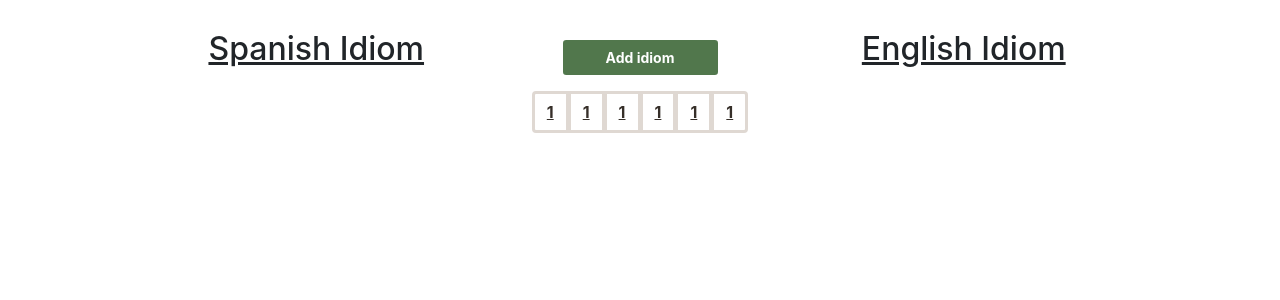
Repository: JK27/idioms-english-spanish
Page: http://localhost/
The author's editor kept a record of every edit. The page is drawn from the files as they stood at one moment, then again after the next edit.
The browser window is 1280 px wide. The pictures show the whole page.
Some web libraries are served in a nearby version. The page is served by the project's application, run on Flask 3 (idioms.py). Queries for data that is not in the repository find no rows.

Above is the page before.

### templates/idioms.html
{% extends "base.html" %} {% block content %}

<!------------------------------------------------------------------ Header row-->
<div class="row header-row">
    <div class="col-d-none col-md-5 header-item">
        <h2>Spanish Idiom</h2>
    </div>
    <div class="col-d-none col-md-2 header-item">
        <a class="btn btn-success btn-sm" id="add-button" href="{{url_for('add_idiom')}}" role="button"><strong>Add idiom </strong></a>
    </div>
    <div class="col-d-none col-md-5 header-item">
        <h2>English Idiom</h2>
    </div>
</div>
{% for idiom in idioms %}

<div class="row">
    <!----------------------------------------------------------------------------- Spanish idiom card-->

    <div class="col d-md-none mobile-card">
        <h4>Spanish Idiom</h4>
    </div>
    <div class="card col-12 col-md-5" id="idiom-card">
        <div class="card-body">
            <h5 class="card-title"><em>"{{idiom.spanish_idiom}}"</em></h5>
            <p class="card-text"> {{idiom.english_literal}}</p>
            <p class="card-text">{{idiom.english_meaning}}</p>
        </div>
    </div>
    <!------------------------------------------------------------------------------ Middle column-->
    <div class="card middle-column col-12 col-md-2">
        <h5 class="card-title d-none d-md-block"><em>Equivalent idiom</em></h5>
        <p class="card-text d-none d-md-block">Literal translation</p>
        <p class="card-text d-none d-md-block">Meaning</p>
        <a class="btn btn-success btn-sm middle-button d-md-none" id="add-button" href="{{url_for('add_idiom')}}" role="button"><strong>Add idiom </strong></a>

        <a class="btn btn-primary btn-sm middle-button" id="edit-button" href="{{url_for('edit_idiom', idiom_id=idiom._id)}}" role="button"><strong>Edit this idiom </strong></a>
        <a class="btn btn-danger btn-sm middle-button" id="delete-button" data-toggle="modal" href="#deletion-modal{{ idiom._id }}" role="button"><strong>Delete this idiom </strong></a>

        <!-------------------------------------------------------------------------- Deletion modal-->

        <div class="modal" tabindex="-1" role="dialog" id="deletion-modal{{ idiom._id }}">
            <div class="modal-dialog" role="document">
                <div class="modal-content">
                    <div class="modal-header">
                        <h5 class="modal-title">Para el carro! - Hold your horses!</h5>
                        <button type="button" class="close" data-dismiss="modal" aria-label="Close">
          <span aria-hidden="true">&times;</span>
        </button>
                    </div>
                    <div class="modal-body">
                        <h6>Are you sure you want to delete this idiom?</h6>
                        <h5><em>"{{idiom.spanish_idiom}}"</em></h5>
                    </div>
                    <div class="modal-footer">
                        <button class="btn btn-secondary  btn-sm middle-button" id="cancel-button" data-dismiss="modal"><strong>Cancel </strong>
                        </button>
                        <a class="btn btn-danger btn-sm middle-button" id="delete-button" href="{{url_for('delete_idiom', idiom_id=idiom._id)}}" role="button"><strong>Delete this idiom </strong></a>
                    </div>
                </div>
            </div>
        </div>
    </div>

    <!----------------------------------------------------------------------------- English idiom card-->

    <div class="col d-md-none mobile-card">
        <h4>English Idiom</h4>
    </div>
    <div class="card col-12 col-md-5" id="idiom-card">
        <div class="card-body">
            <h5 class="card-title"><em>"{{idiom.english_idiom}}"</em></h5>
            <p class="card-text">{{idiom.spanish_literal}}</p>
            <p class="card-text">{{idiom.spanish_meaning}}</p>
        </div>
    </div>

    <hr class="block-divider block-divider--long">

</div>

{% endfor %}

<div class="row">
    <div class="col">
        <nav aria-label="Page navigation">
            <ul class="pagination justify-content-center">
                <li class="page-item"><a class="page-link" href="{{url_for('get_idioms')}}"><strong>1</strong></a></li>
                <li class="page-item"><a class="page-link" href="{{url_for('get_idioms')}}"><strong>1</strong></a></li>
                <li class="page-item"><a class="page-link" href="{{url_for('get_idioms')}}"><strong>1</strong></a></li>
                <li class="page-item"><a class="page-link" href="{{url_for('get_idioms')}}"><strong>1</strong></a></li>
                <li class="page-item"><a class="page-link" href="{{url_for('get_idioms')}}"><strong>1</strong></a></li>
                <li class="page-item"><a class="page-link" href="{{url_for('get_idioms')}}"><strong>1</strong></a></li>
            </ul>
        </nav>
    </div>
</div>


{% endblock %}

### templates/base.html
<!DOCTYPE html>
<html lang="en">

<head>
    <meta charset="UTF-8">
    <meta name="viewport" content="width=device-width, initial-scale=1.0">
    <meta http-equiv="X-UA-Compatible" content="ie=edge">

    <link href="https://stackpath.bootstrapcdn.com/bootstrap/4.3.1/css/bootstrap.min.css" rel="stylesheet" integrity="sha384-ggOyR0iXCbMQv3Xipma34MD+dH/1fQ784/j6cY/iJTQUOhcWr7x9JvoRxT2MZw1T" crossorigin="anonymous">
    <link rel="stylesheet" href="{{url_for('static', filename='css/style.css')}}" type="text/css" />



    <title>Idioms English - Spanish</title>
</head>

<body>
    <div class="container">
        {% block content %} {% endblock %}
    </div>

    <script src="https://cdnjs.cloudflare.com/ajax/libs/jquery/3.4.1/jquery.min.js" integrity="sha256-CSXorXvZcTkaix6Yvo6HppcZGetbYMGWSFlBw8HfCJo=" crossorigin="anonymous"></script>
    <script src="https://stackpath.bootstrapcdn.com/bootstrap/4.3.1/js/bootstrap.min.js" integrity="sha384-JjSmVgyd0p3pXB1rRibZUAYoIIy6OrQ6VrjIEaFf/nJGzIxFDsf4x0xIM+B07jRM" crossorigin="anonymous"></script>
    <script src="https://kit.fontawesome.com/5d6ba07855.js"></script>

</body>

</html>

### idioms.py
import os
from flask import Flask, render_template, redirect, request, url_for
from flask_pymongo import PyMongo
from bson.objectid import ObjectId

app = Flask(__name__)

app.config["MONGO_DBNAME"] = "idioms-and-proverbs"
app.config["MONGO_URI"] = "mongodb+srv://jk27:07diciembre18@cluster0-9pga0.mongodb.net/idioms-and-proverbs?retryWrites=true&w=majority"

mongo = PyMongo(app)

@app.route("/")
@app.route("/get_idioms")
def get_idioms():

    pageSize = 10
    pageNum = 1

    return render_template("idioms.html", idioms=mongo.db.idioms.find().skip(pageSize*(pageNum-1)).limit(pageSize).sort("_id", -1))

@app.route("/page_two")
def page_two():

    pageSize = 10
    pageNum = 2

    return render_template("idioms.html", idioms=mongo.db.idioms.find().skip(pageSize*(pageNum-1)).limit(pageSize).sort("_id", -1))

@app.route("/page_three")
def page_three():

    pageSize = 10
    pageNum = 3

    return render_template("idioms.html", idioms=mongo.db.idioms.find().skip(pageSize*(pageNum-1)).limit(pageSize).sort("_id", -1))

@app.route("/page_four")
def page_four():

    pageSize = 10
    pageNum = 4

    return render_template("idioms.html", idioms=mongo.db.idioms.find().skip(pageSize*(pageNum-1)).limit(pageSize).sort("_id", -1))

@app.route("/page_five")
def page_five():

    pageSize = 10
    pageNum = 5

    return render_template("idioms.html", idioms=mongo.db.idioms.find().skip(pageSize*(pageNum-1)).limit(pageSize).sort("_id", -1))

@app.route("/page_six")
def page_six():

    pageSize = 10
    pageNum = 6

    return render_template("idioms.html", idioms=mongo.db.idioms.find().skip(pageSize*(pageNum-1)).limit(pageSize).sort("_id", -1))




# ---------------------------------------------------------------------     Functions to add idioms -- #
@app.route("/add_idiom")
def add_idiom():
    return render_template("addidiom.html")

@app.route("/insert_idiom", methods=["POST"])                           #-- Data from form in addidiom.html is posted using this function...
def insert_idiom():
    idioms = mongo.db.idioms                                            #-- ... data is inserted to the idioms database...
    idioms.insert_one(request.form.to_dict())                           #-- ... inserting one item to the dictionary...
    return redirect(url_for("get_idioms"))                              #-- ... and then redirecting to /get_idioms

# ---------------------------------------------------------------------     Functions to edit idioms -- #
@app.route("/edit_idiom/ <idiom_id>")
def edit_idiom(idiom_id):                                               #-- Use idiom_id to target the idiom that want to edit
    the_idiom = mongo.db.idioms.find_one({"_id":ObjectId(idiom_id)})    #-- Retrieve the idiom from the idioms database, using its id to find it...
    return render_template("editidiom.html", idiom=the_idiom)           #-- ... and then redirecting to /editidiom.html

@app.route("/update_idiom/<idiom_id>", methods=["POST"])                #-- Data from form in editidiom.html is posted using this function...
def update_idiom(idiom_id):
    idioms = mongo.db.idioms                                            #-- ... data is updated in the idioms database...
    idioms.update({"_id":ObjectId(idiom_id)},                           #-- ... updating the item with a specific id...
    {
        "spanish_idiom": request.form.get("spanish_idiom"),             #-- ... each field for that item will be updated taking the input from...
        "english_literal": request.form.get("english_literal"),         #-- ... the corresponding field on the form
        "english_meaning": request.form.get("english_meaning"),
        "english_idiom": request.form.get("english_idiom"),
        "spanish_literal": request.form.get("spanish_literal"),
        "spanish_meaning": request.form.get("spanish_meaning")
    })
    return redirect(url_for("get_idioms"))

# -------------------------------------------------------------------- Function to delete idioms -- #
@app.route("/delete_idiom/<idiom_id>")
def delete_idiom(idiom_id):
    mongo.db.idioms.remove({"_id": ObjectId(idiom_id)})
    return redirect(url_for("get_idioms"))





if __name__ == "__main__":
    app.run(host=os.environ.get("IP"),
            port=int(os.environ.get("PORT")),
            debug=True)

### static/css/style.css
/*----------------------------------------------------------------- Header row */

h2 {
    text-align: center;
    text-decoration: underline;
}

.header-row {
    margin-top: 30px;
    margin-bottom: 15px;
}

.row {
    margin-right: 0px;
    margin-left: 0px;
}

#add-button {
    width: 100%;
    margin-top: 10px;
    background-color: #51774c;
    border-color: #51774c;
    border-width: medium;
}

#add-button:hover,
#add-button:active,
#add-button:focus,
#add-button:active:focus {
    color: #51774c;
    text-decoration: none;
    background-color: #ffffff;
    border-color: #51774c;
}

/*--------------------------------------------------------------------- Cards */

.card {
    margin-bottom: 15px;
}

#idiom-card {
    background-color: #ffcc9926;
    border-width: medium;
}

.mobile-card {
    text-decoration: underline;
    text-align: center;
}

/*--------------------------------------------------------------- Middle column */

.middle-column {
    border: 0;
    padding-top: 20px;
    text-align: center;
}

/* ------------------------------------------------------------------- Buttons */

.middle-button {
    margin-bottom: 5px;
}

.btn-block {
    margin-right: 15px;
    margin-left: 15px;
}

#edit-button {
    background-color: #3e0867;
    border-color: #3e0867;
    border-width: medium;
}

#edit-button:hover,
#edit-button:active,
#edit-button:focus,
#edit-button:active:focus {
    color: #3e0867;
    text-decoration: none;
    background-color: #ffffff;
    border-color: #3e0867;
}

#delete-button {
    background-color: #920815;
    border-color: #920815;
    border-width: medium;
}

#delete-button:hover,
#delete-button:active,
#delete-button:focus,
#delete-button:active:focus {
    color: #920815;
    text-decoration: none;
    background-color: #ffffff;
    border-color: #920815;
}

/*----------------------------------------------------------------- Block divider */

.block-divider {
    width: 100%;
    height: 5px;
    border: 0;
    background-color: #dfd8d2;
}

/*------------------------------------------------------------------ Deletion modal */

#cancel-button {
    background-color: #33373a;
    border-color: #33373a;
    border-width: medium;
}

#cancel-button:hover,
#cancel-button:active,
#cancel-button:focus,
#cancel-button:active:focus {
    color: #33373a;
    text-decoration: none;
    background-color: #ffffff;
    border-color: #33373a;
}

/* ---------------------------------------------------------------- Pagination */

.page-link {
    color: #362f29;
    text-decoration: underline;
    border-width: medium;
    border-color: #dfd8d2;
}

.page-link:hover,
.page-link:active,
.page-link:focus,
.page-link:active:focus {
    color: #362f29;
    text-decoration: none;
    border-color: #362f29;
}

/*-------------------------------------------------------------- Media queries */

@media (min-width: 768px) {
    .card {
        word-wrap: normal;
    }
}

@media (max-width: 767px) {
    .header-item {
        display: none;
    }
    .middle-column {
        padding-top: 0;
    }
}

After the next edit:
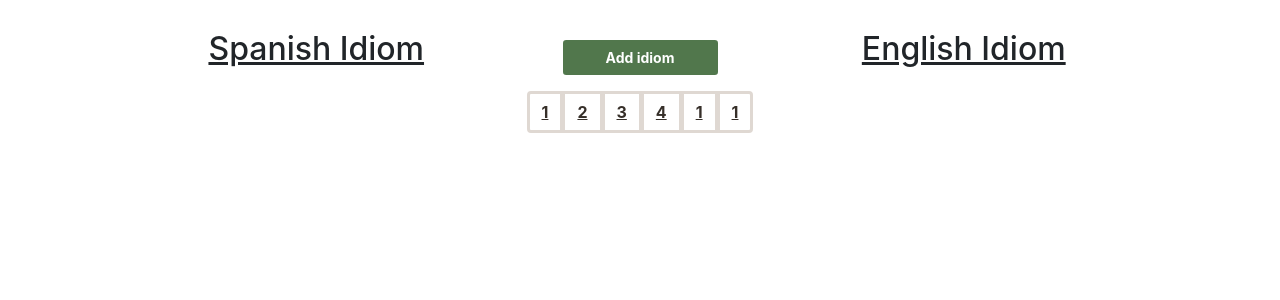
The edit:
--- a/templates/idioms.html
+++ b/templates/idioms.html
@@ -86,9 +86,9 @@
         <nav aria-label="Page navigation">
             <ul class="pagination justify-content-center">
                 <li class="page-item"><a class="page-link" href="{{url_for('get_idioms')}}"><strong>1</strong></a></li>
-                <li class="page-item"><a class="page-link" href="{{url_for('get_idioms')}}"><strong>1</strong></a></li>
-                <li class="page-item"><a class="page-link" href="{{url_for('get_idioms')}}"><strong>1</strong></a></li>
-                <li class="page-item"><a class="page-link" href="{{url_for('get_idioms')}}"><strong>1</strong></a></li>
+                <li class="page-item"><a class="page-link" href="{{url_for('get_idioms')}}"><strong>2</strong></a></li>
+                <li class="page-item"><a class="page-link" href="{{url_for('get_idioms')}}"><strong>3</strong></a></li>
+                <li class="page-item"><a class="page-link" href="{{url_for('get_idioms')}}"><strong>4</strong></a></li>
                 <li class="page-item"><a class="page-link" href="{{url_for('get_idioms')}}"><strong>1</strong></a></li>
                 <li class="page-item"><a class="page-link" href="{{url_for('get_idioms')}}"><strong>1</strong></a></li>
             </ul>
